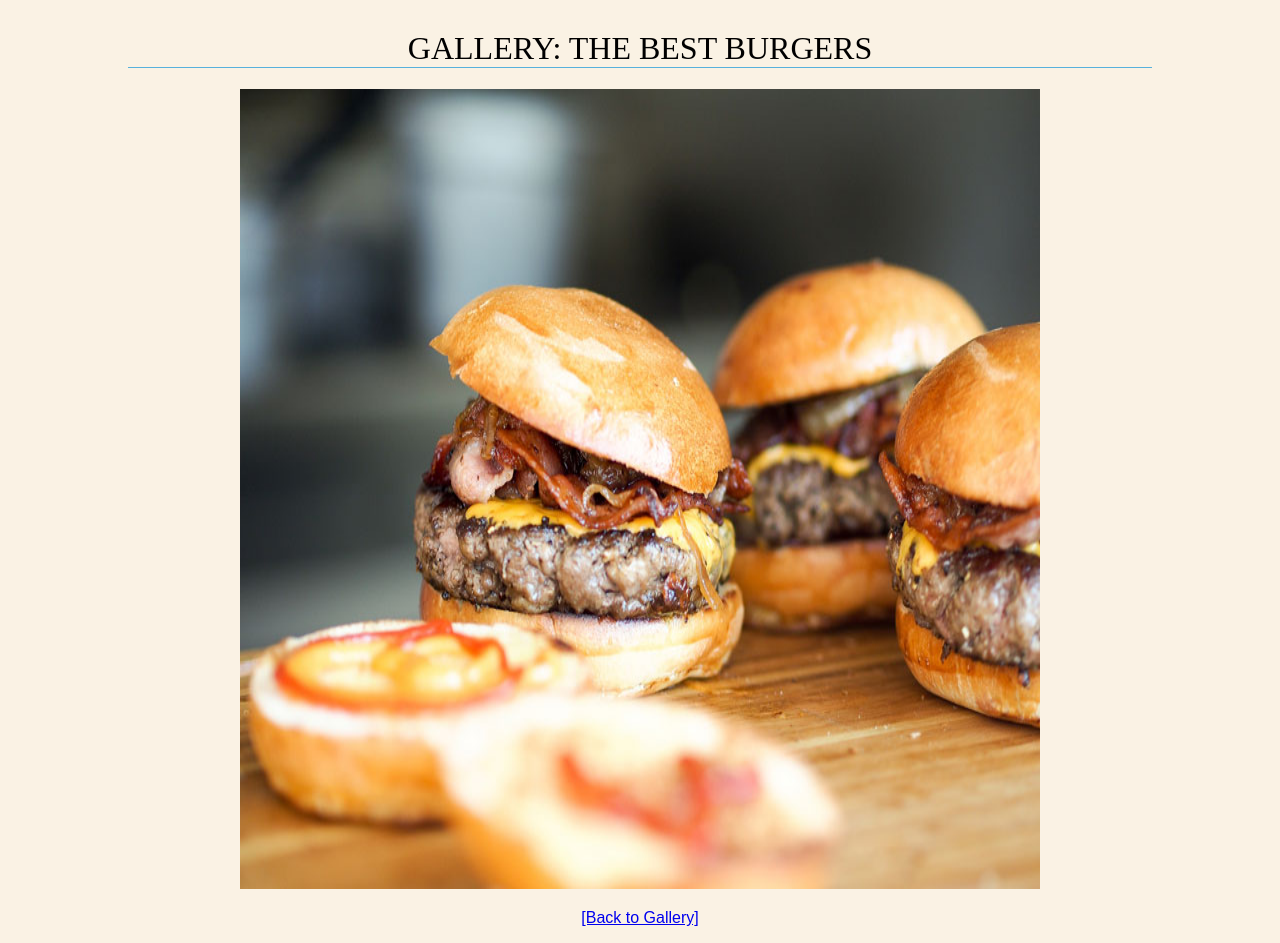
Repository: Colo-Codes/code-practice
Page: gallery/burgers.html
An editor plug-in stored every save of this project. The page is shown before and after the next save, followed by the edit.
The browser window is 1280 px wide. The pictures show the whole page.

Above is the page before, as saved 2021-04-27 13:56:00.

After the next save:
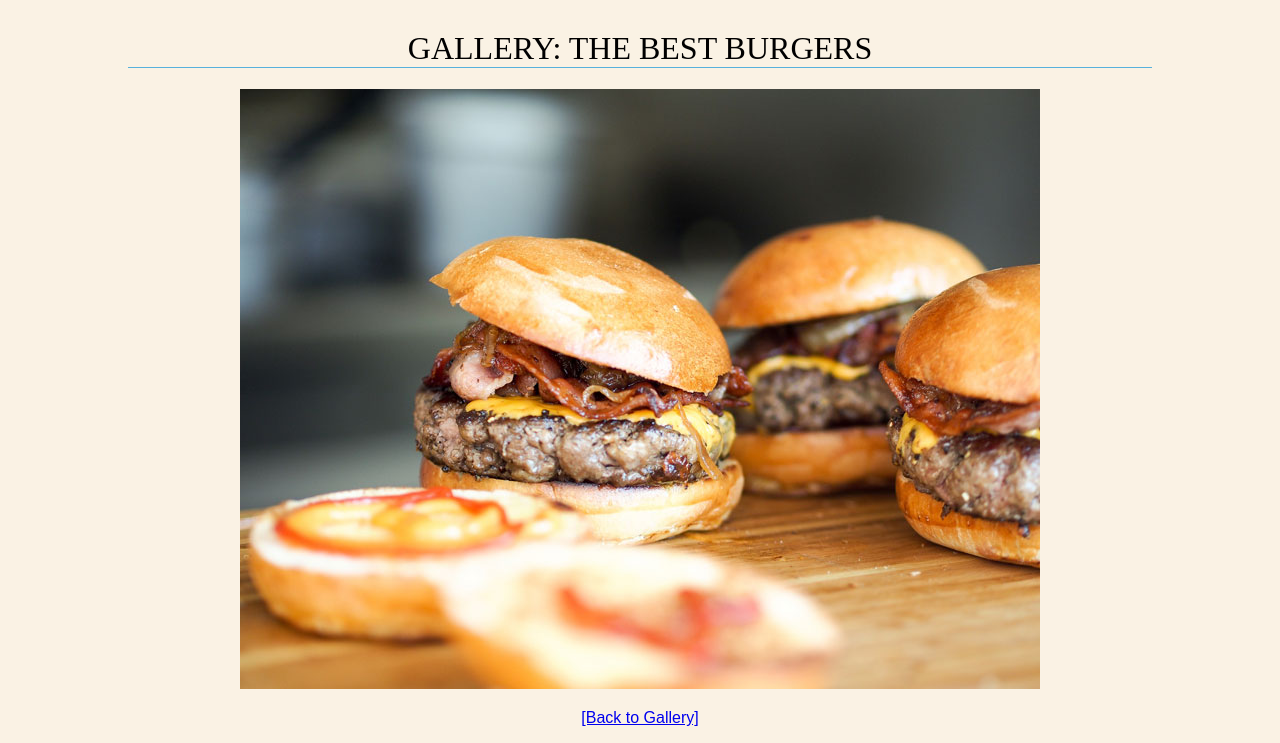
Saved 2 min 15 s later.
--- a/gallery/burgers.html
+++ b/gallery/burgers.html
@@ -28,7 +28,7 @@ h1 {
 
 <h1>Gallery: The Best Burgers</h1>
 
-<p><img src="photos/burgers-800.jpg" alt="A tasty burger with bacon and cheese." width="800" height="800"></p>
+<p><img src="photos/burgers-800.jpg" alt="A tasty burger with bacon and cheese." width="800" height="600"></p>
 <p><a href="index.html">[Back to Gallery]</a></p>
 
 </body>
